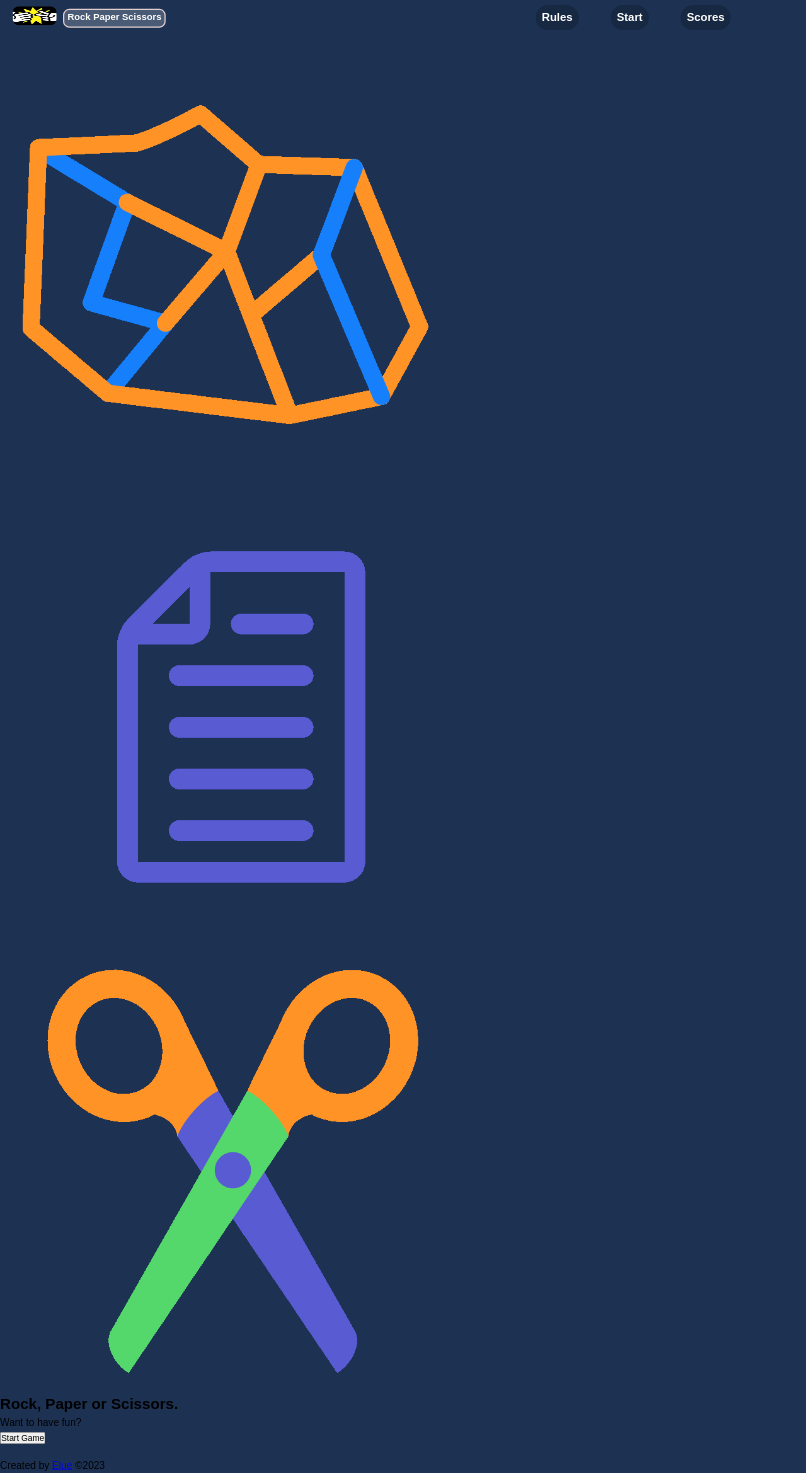
Repository: MikkyPrestige/rock-paper-scissors
Page: index.html
These files come from the project's save history. The page is drawn as it stood at one moment and after the next save; the edit follows.
The browser window is 1280 px wide. The pictures show the whole page, at 63% of full size.

Above is the page before, as saved 2023-05-08 04:28:47.

After the next save:
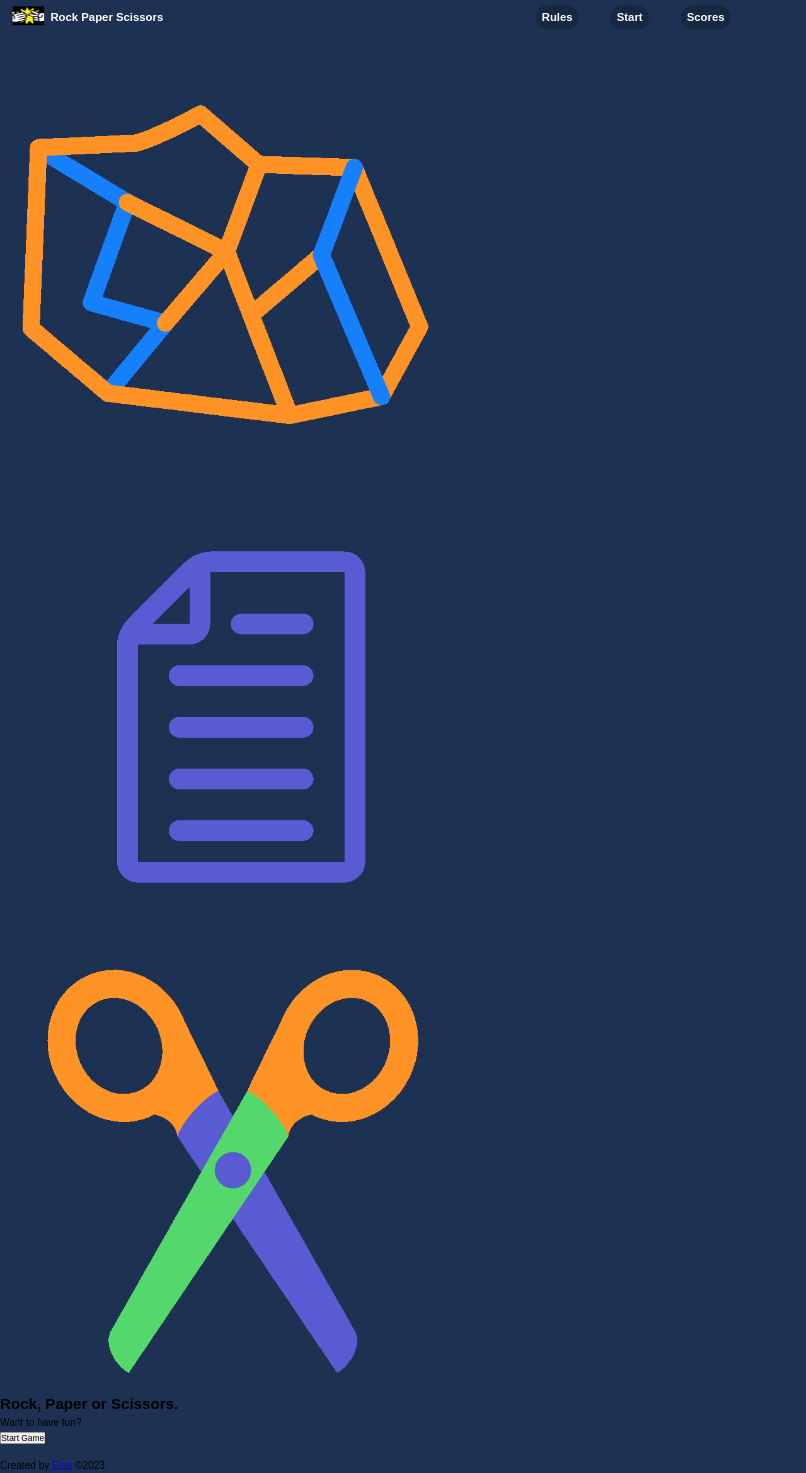
Saved 33 s later.
--- a/index.css
+++ b/index.css
@@ -40,28 +40,19 @@ header {
 figure {
   display: flex;
   align-items: center;
-  justify-content: center;
   gap: 1rem;
   height: auto;
 }
 
 .logo {
-  width: 7rem;
+  width: 5rem;
   height: 3rem;
-  border-radius: 1rem;
 }
 
 figcaption {
-  font-size: 1.5rem;
+  font-size: 1.8rem;
   font-weight: 600;
   color: rgba(255, 255, 255, 1);
-  border: .2rem solid #E2CECE;
-  filter: blur(.1rem);
-  -webkit-filter: blur(.1rem);
-  padding: 0 .5rem;
-  border-radius: 1rem;
-  background: rgba(255, 255, 255, .2);
-  height: 3rem;
 }
 
 nav {
